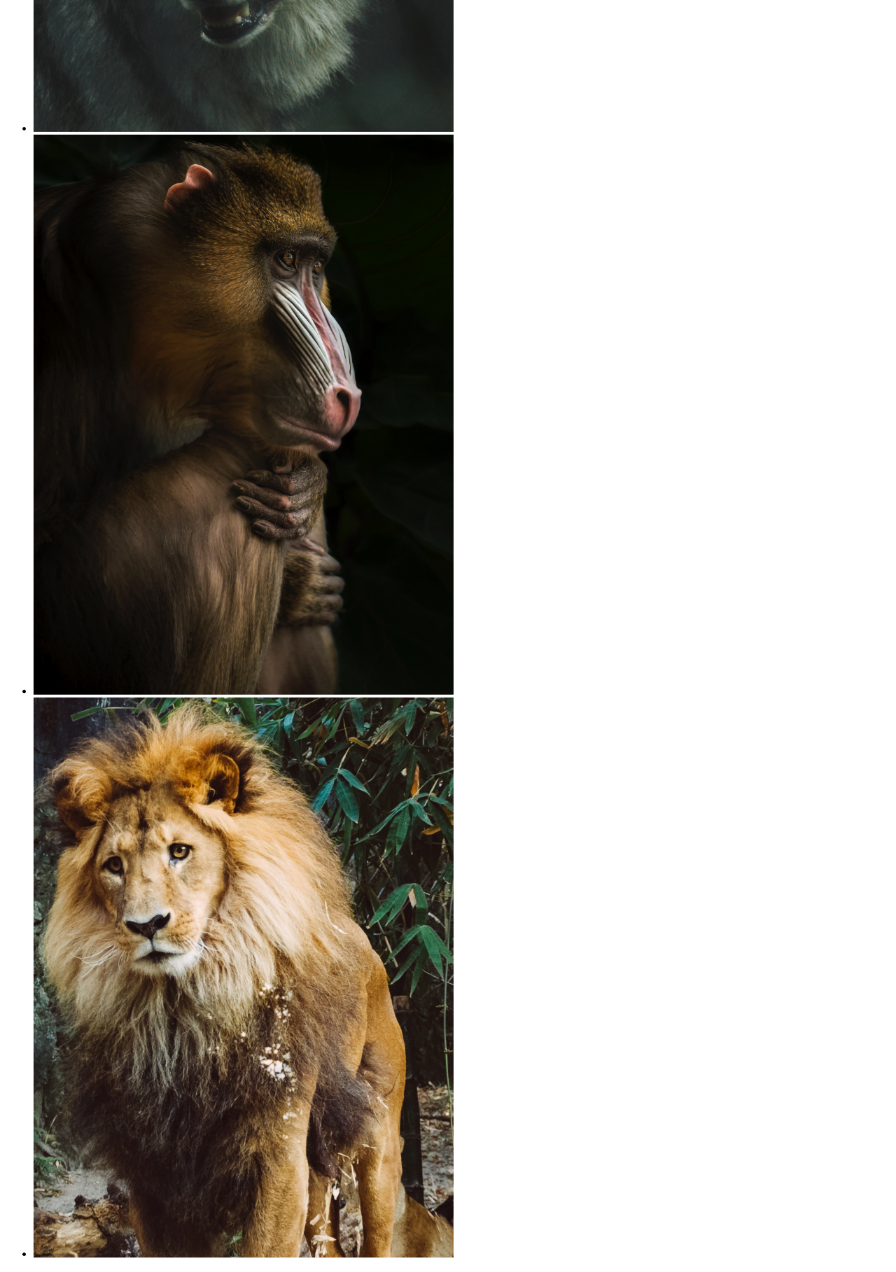
Repository: meiotera/animaisPagina
Page: index.html
An editor plug-in stored every save of this project. The page is shown before and after the next save, followed by the edit.
The browser window is 1280 px wide. The pictures show the part of the page from y = 3178 to 5098 px (the page is 4995 px tall before and 5098 px after), at 70% of full size.

Above is the page before, as saved 2025-05-02 09:28:56.

After the next save:
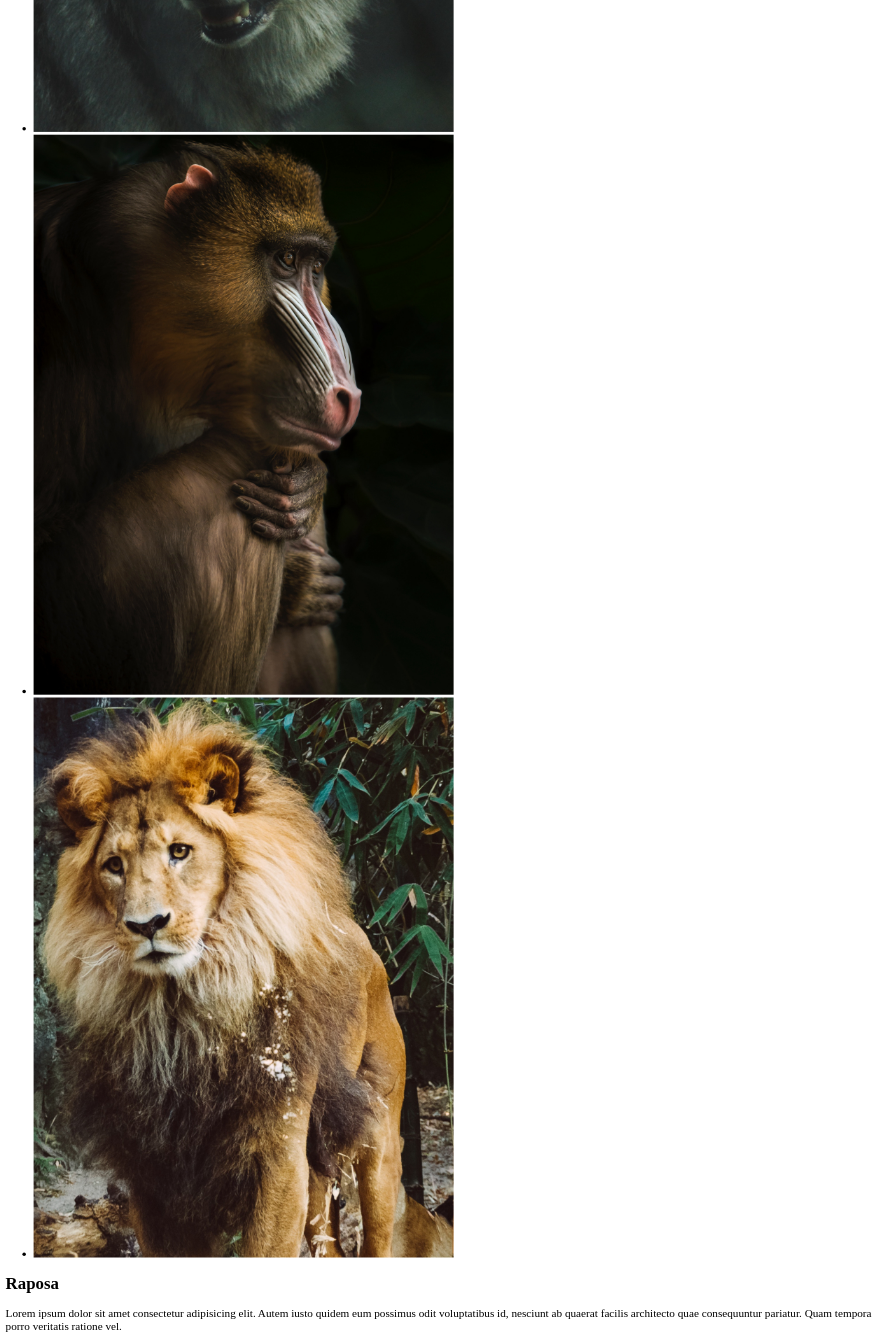
Saved 59 s later.
--- a/index.html
+++ b/index.html
@@ -31,6 +31,13 @@
       <li><img src="./img/imagem5.jpg" alt=""></li>
       <li><img src="./img/imagem6.jpg" alt=""></li>
     </ul>
+
+    <div class="animais-descricao">
+      <section>
+        <h2>Raposa</h2>
+        <p>Lorem ipsum dolor sit amet consectetur adipisicing elit. Autem iusto quidem eum possimus odit voluptatibus id, nesciunt ab quaerat facilis architecto quae consequuntur pariatur. Quam tempora porro veritatis ratione vel.</p>
+      </section>
+    </div>
   </section>
   <script src="script.js"></script>
 </body>
